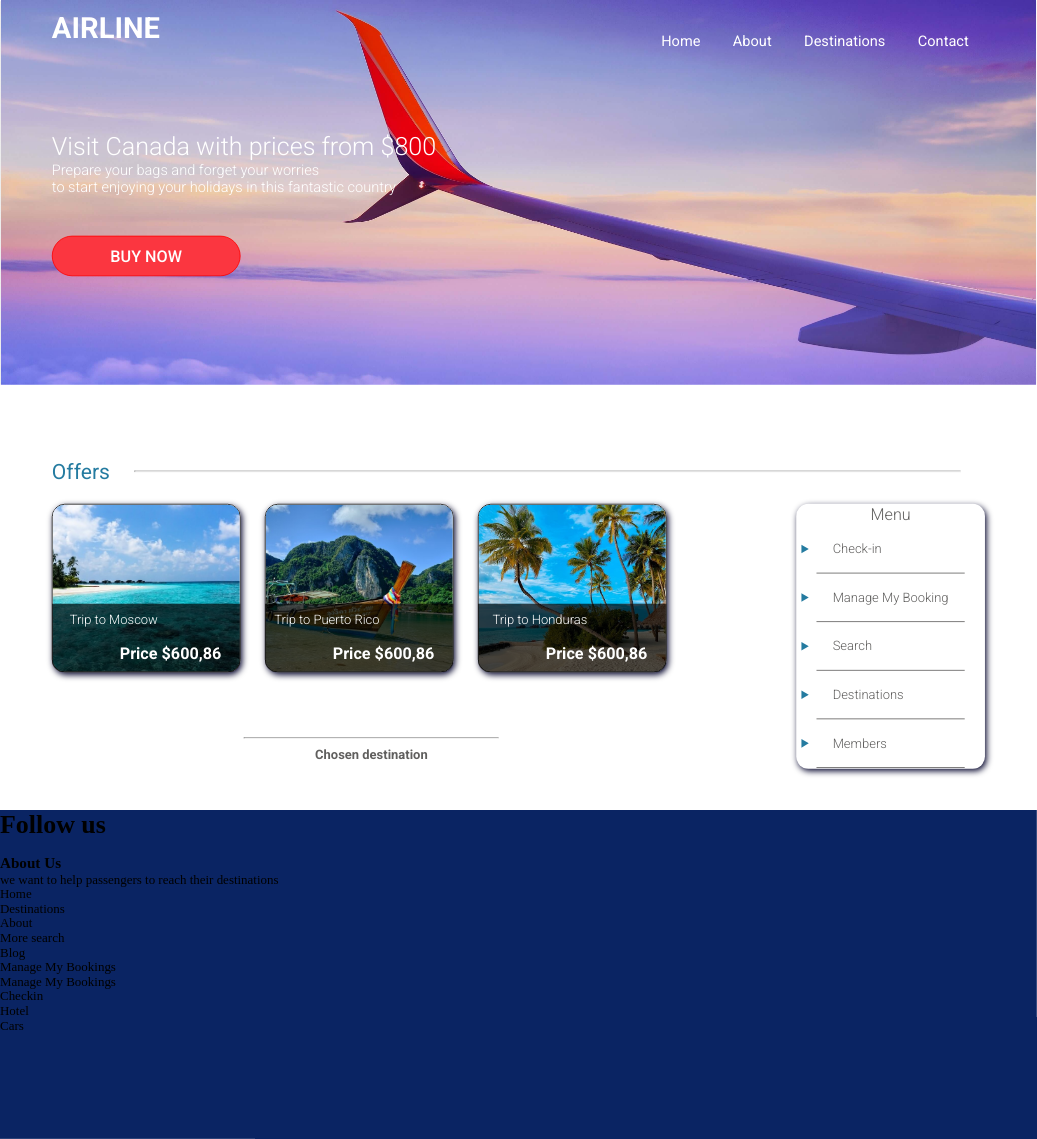
Repository: Cherced/AIRLINES
Page: /
An editor plug-in stored every save of this project. The page is shown before and after the next save, followed by the edit.
The browser window is 1280 px wide. The pictures show the whole page, at 81% of full size.
The project was rebuilt for these pictures with package versions that can differ from the ones it lists, and the page was loaded fresh each time. The framework's server and built-in components were replaced by stand-ins that run in the browser.

Above is the page before, as saved 2022-06-30 15:51:58.

After the next save:
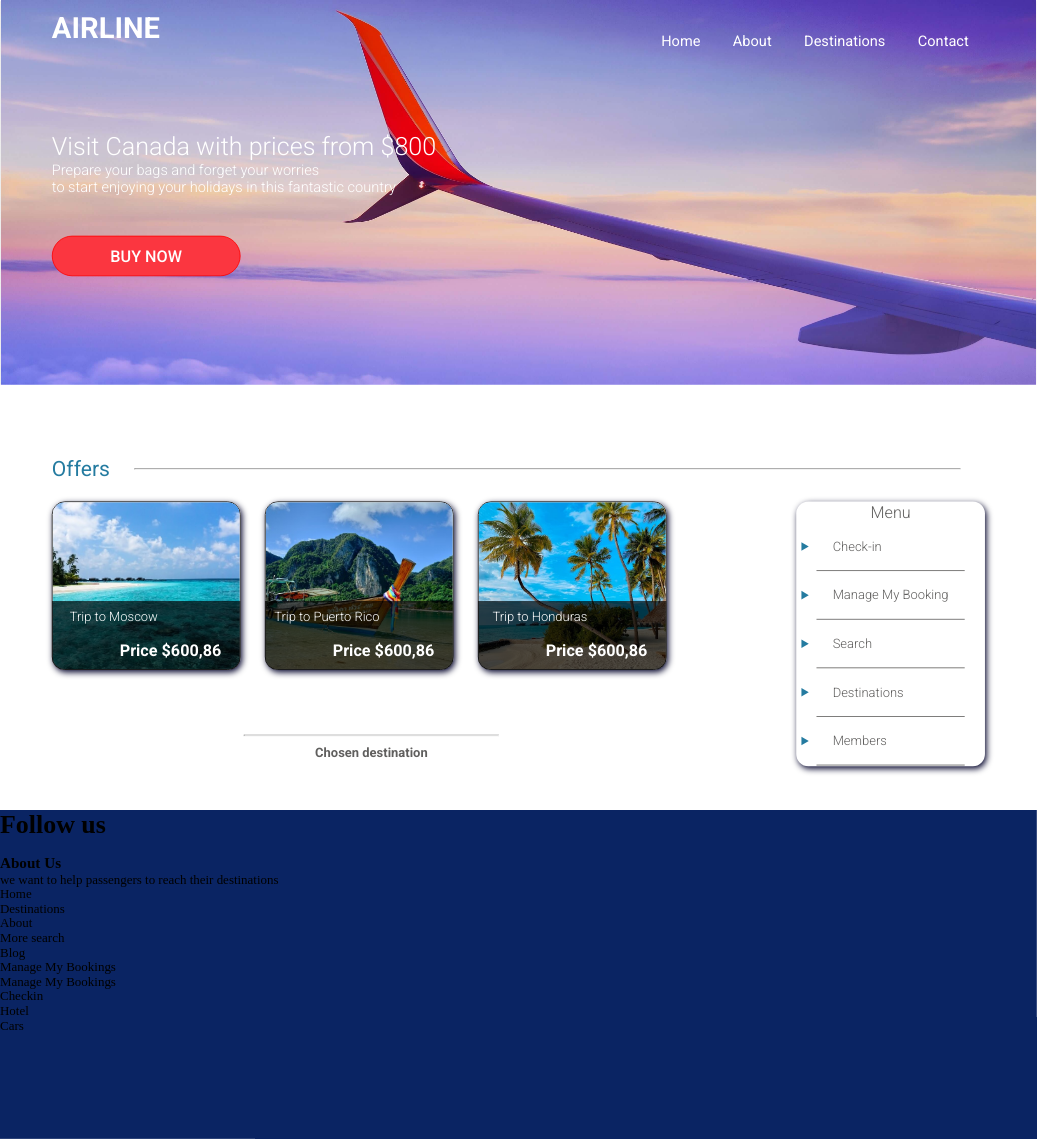
Saved 5 s later.
--- a/sass/Elements/_offerts.scss
+++ b/sass/Elements/_offerts.scss
@@ -7,7 +7,7 @@
     justify-content: center;
 
     .offers-Title--Container {
-        padding-top: 55px;
+        padding-top: 50px;
         width: 90%;
         height: 50px;
         display: flex;
